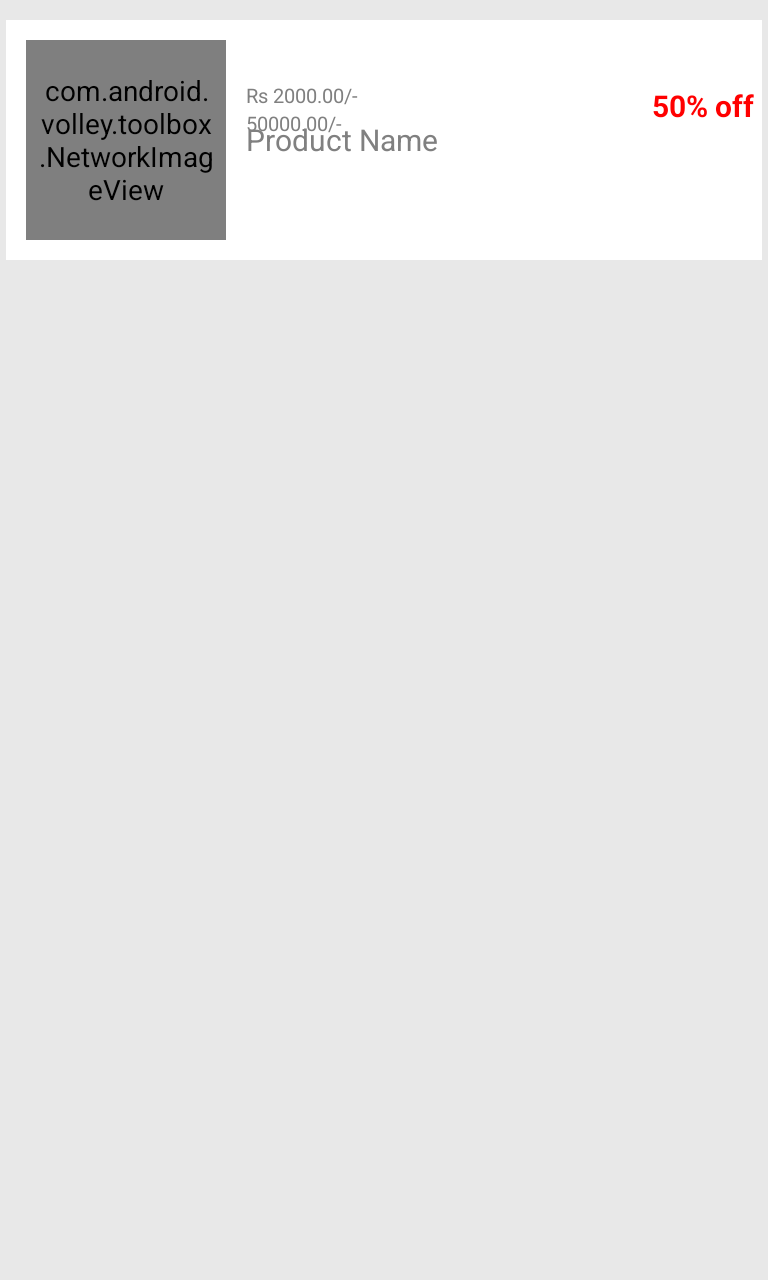
Repository: thisisdemo333/BigDiscount
Layout: BigDiscounts/res/layout/view_lv_search_list.xml
These files come from the project's save history. The layout is drawn as it stood at one moment and after the next save; the edit follows.
Pictures or frames that could not be fetched are drawn as grey boxes. It is drawn on a 768 x 1280 px phone screen (xhdpi) without system bars, with theme AppTheme; the app's code is not run.

Above is the layout before, as saved 2015-05-10 16:16:55.

### BigDiscounts/res/layout/view_lv_search_list.xml
<?xml version="1.0" encoding="utf-8"?>
<LinearLayout xmlns:android="http://schemas.android.com/apk/res/android"
    android:layout_width="match_parent"
    android:layout_height="wrap_content"
    android:background="@color/gray_light"
    android:orientation="vertical" >

    <RelativeLayout
        android:id="@+id/relativeLayout"
        android:layout_width="match_parent"
        android:layout_height="wrap_content"
        android:layout_marginBottom="@dimen/margin_3dp"
        android:layout_marginLeft="@dimen/margin_3dp"
        android:layout_marginRight="@dimen/margin_3dp"
        android:layout_marginTop="@dimen/margin_10dp"
        android:background="@color/white" >

        <RelativeLayout
            android:id="@+id/image_loader"
            android:layout_width="wrap_content"
            android:layout_height="wrap_content" >

            <ProgressBar
                android:layout_width="wrap_content"
                android:layout_height="wrap_content"
                android:layout_centerInParent="true" />

            <com.android.volley.toolbox.NetworkImageView
                android:id="@+id/iv_product_image"
                android:layout_width="@dimen/dimen_search_item_image"
                android:layout_height="@dimen/dimen_search_item_image"
                android:layout_margin="@dimen/margin_10dp"
                android:layout_marginLeft="@dimen/margin_10dp"
                android:focusable="false"
                android:focusableInTouchMode="false"
                android:padding="@dimen/margin_5dp"
                android:scaleType="fitXY" />
        </RelativeLayout>

        <TextView
            android:id="@+id/tv_product_name"
            android:layout_width="wrap_content"
            android:layout_height="wrap_content"
            android:layout_marginTop="@dimen/margin_10dp"
            android:layout_centerVertical="true"
            android:layout_toRightOf="@+id/image_loader"
            android:text="Product Name"
            android:textColor="@color/gray"
            android:textSize="@dimen/medium_text_size" />

        <TextView
            android:id="@+id/tv_product_selling_prise"
            android:layout_width="wrap_content"
            android:layout_height="wrap_content"
            android:layout_below="@+id/tv_product_name"
            android:layout_toRightOf="@+id/image_loader"
            android:text="Rs 2000.00/-"
            android:textColor="@color/gray"
            android:textSize="@dimen/small_text_size" />

        <TextView
            android:id="@+id/tv_product_mrp"
            android:layout_width="wrap_content"
            android:layout_height="wrap_content"
            android:layout_below="@+id/tv_product_selling_prise"
            android:layout_toRightOf="@+id/image_loader"
            android:text="50000.00/-"
            android:textColor="@color/gray"
            android:textSize="@dimen/small_text_size" />

        <TextView
            android:id="@+id/tv_product_offer"
            android:layout_width="wrap_content"
            android:layout_height="wrap_content"
            android:layout_alignParentRight="true"
            android:layout_below="@+id/tv_product_name"
            android:layout_marginRight="@dimen/margin_2dp"
            android:layout_toRightOf="@+id/tv_product_selling_prise"
            android:gravity="right"
            android:padding="@dimen/padding_2dp"
            android:text="50% off"
            android:textColor="@color/red"
            android:textSize="@dimen/medium_text_size"
            android:textStyle="bold" />
    </RelativeLayout>

</LinearLayout>

### BigDiscounts/res/values/styles.xml
<resources xmlns:android="http://schemas.android.com/apk/res/android">

    <!--
        Base application theme, dependent on API level. This theme is replaced
        by AppBaseTheme from res/values-vXX/styles.xml on newer devices.


    -->
    <style name="AppBaseTheme" parent="android:Theme.Light">
        <!--
            Theme customizations available in newer API levels can go in
            res/values-vXX/styles.xml, while customizations related to
            backward-compatibility can go here.


        -->
    </style>

    <!-- Application theme. -->
    <style name="AppTheme" parent="AppBaseTheme">

        <!-- All customizations that are NOT specific to a particular API-level can go here. -->
        <item name="android:actionBarStyle">@style/MyActionBar</item>
    </style>

    <!-- Action bar theme. -->
    <style name="MyActionBar" parent="@android:style/Widget.Holo.Light.ActionBar">
        <item name="android:background">@color/RoyalBlue</item>
        <item name="android:titleTextStyle">@style/AppTitle</item>
    </style>

    <!-- App title theme -->
    <style name="AppTitle" parent="@android:style/TextAppearance.Holo.Widget.ActionBar.Title">
        <item name="android:textColor">@color/white</item>
    </style>

</resources>

### BigDiscounts/res/values-hdpi/dimens.xml
<?xml version="1.0" encoding="utf-8"?>
<resources>

    <!-- Text Size -->
    <dimen name="very_small_text_size">8sp</dimen>
    <dimen name="sub_small_text_size">9sp</dimen>
    <dimen name="small_text_size">10sp</dimen>
    <dimen name="medium_text_size">15sp</dimen>
    <dimen name="large_text_size">25sp</dimen>
    <dimen name="very_large_text_size">35sp</dimen>

    <!-- padding -->
    <dimen name="padding_1dp">1dp</dimen>
    <dimen name="padding_2dp">2dp</dimen>
    <dimen name="padding_3dp">3dp</dimen>
    <dimen name="padding_4dp">4dp</dimen>
    <dimen name="padding_5dp">5dp</dimen>
    <dimen name="padding_6dp">6dp</dimen>
    <dimen name="padding_7dp">7dp</dimen>
    <dimen name="padding_8dp">8dp</dimen>
    <dimen name="padding_9dp">9dp</dimen>
    <dimen name="padding_10dp">10dp</dimen>
    <dimen name="padding_15dp">15dp</dimen>
    <dimen name="padding_20dp">20dp</dimen>
    <dimen name="padding_25dp">25dp</dimen>
    <dimen name="padding_30dp">30dp</dimen>
    <dimen name="padding_40dp">40dp</dimen>

    <!-- Margin -->
    <dimen name="margin_1dp">1dp</dimen>
    <dimen name="margin_2dp">2dp</dimen>
    <dimen name="margin_3dp">3dp</dimen>
    <dimen name="margin_4dp">4dp</dimen>
    <dimen name="margin_5dp">5dp</dimen>
    <dimen name="margin_6dp">6dp</dimen>
    <dimen name="margin_7dp">7dp</dimen>
    <dimen name="margin_8dp">8dp</dimen>
    <dimen name="margin_9dp">9dp</dimen>
    <dimen name="margin_10dp">10dp</dimen>
    <dimen name="margin_15dp">15dp</dimen>
    <dimen name="margin_20dp">20dp</dimen>
    <dimen name="margin_25dp">25dp</dimen>
    <dimen name="margin_30dp">30dp</dimen>

    <!-- Imageview Category Dimen -->
    <dimen name="imv_category_dimen">40dp</dimen>

    <!-- Category Fragment dimen -->
    <dimen name="dimen_hotdeals_listview">165dp</dimen>
    <dimen name="dimen_view_pager">165dp</dimen>
    <dimen name="dimen_hot_deals_image">165dp</dimen>
    <dimen name="dimen_product_image">165dp</dimen>

    <!-- Search Item Image dimen -->
    <dimen name="dimen_search_item_image">100dp</dimen>

    <!-- Advertise Screen Dimen -->
    <dimen name="dimen_advetise_viewpager">200dp</dimen>
    <dimen name="dimen_advertise_horizontal_listview">100dp</dimen>
    <dimen name="dimen_advertise_call_image">40dp</dimen>
    <dimen name="dimen_advertise_sms_image">40dp</dimen>
    <dimen name="dimen_advertise_pager_addres">100dp</dimen>

</resources>

### BigDiscounts/res/values-mdpi/dimens.xml
<?xml version="1.0" encoding="utf-8"?>
<resources>

    <!-- Text Size -->
    <dimen name="very_small_text_size">8sp</dimen>
    <dimen name="sub_small_text_size">9sp</dimen>
    <dimen name="small_text_size">10sp</dimen>
    <dimen name="medium_text_size">15sp</dimen>
    <dimen name="large_text_size">25sp</dimen>
    <dimen name="very_large_text_size">35sp</dimen>

    <!-- padding -->
    <dimen name="padding_1dp">1dp</dimen>
    <dimen name="padding_2dp">2dp</dimen>
    <dimen name="padding_3dp">3dp</dimen>
    <dimen name="padding_4dp">4dp</dimen>
    <dimen name="padding_5dp">5dp</dimen>
    <dimen name="padding_6dp">6dp</dimen>
    <dimen name="padding_7dp">7dp</dimen>
    <dimen name="padding_8dp">8dp</dimen>
    <dimen name="padding_9dp">9dp</dimen>
    <dimen name="padding_10dp">10dp</dimen>
    <dimen name="padding_15dp">15dp</dimen>
    <dimen name="padding_20dp">20dp</dimen>
    <dimen name="padding_25dp">25dp</dimen>
    <dimen name="padding_30dp">30dp</dimen>
    <dimen name="padding_40dp">40dp</dimen>

    <!-- Margin -->
    <dimen name="margin_1dp">1dp</dimen>
    <dimen name="margin_2dp">2dp</dimen>
    <dimen name="margin_3dp">3dp</dimen>
    <dimen name="margin_4dp">4dp</dimen>
    <dimen name="margin_5dp">5dp</dimen>
    <dimen name="margin_6dp">6dp</dimen>
    <dimen name="margin_7dp">7dp</dimen>
    <dimen name="margin_8dp">8dp</dimen>
    <dimen name="margin_9dp">9dp</dimen>
    <dimen name="margin_10dp">10dp</dimen>
    <dimen name="margin_15dp">15dp</dimen>
    <dimen name="margin_20dp">20dp</dimen>
    <dimen name="margin_25dp">25dp</dimen>
    <dimen name="margin_30dp">30dp</dimen>

    <!-- Imageview Category Dimen -->
    <dimen name="imv_category_dimen">35dp</dimen>

    <!-- Category Fragment dimen -->
    <dimen name="dimen_hotdeals_listview">150dp</dimen>
    <dimen name="dimen_view_pager">150dp</dimen>
    <dimen name="dimen_hot_deals_image">150dp</dimen>
    <dimen name="dimen_product_image">150dp</dimen>

    <!-- Search Item Image dimen -->
    <dimen name="dimen_search_item_image">100dp</dimen>

    <!-- Advertise Screen Dimen -->
    <dimen name="dimen_advetise_viewpager">200dp</dimen>
    <dimen name="dimen_advertise_horizontal_listview">100dp</dimen>
    <dimen name="dimen_advertise_call_image">40dp</dimen>
    <dimen name="dimen_advertise_sms_image">40dp</dimen>
    <dimen name="dimen_advertise_pager_addres">100dp</dimen>

</resources>

### BigDiscounts/res/values-xhdpi/dimens.xml
<?xml version="1.0" encoding="utf-8"?>
<resources>

    <!-- Text Size -->
    <dimen name="very_small_text_size">8sp</dimen>
    <dimen name="sub_small_text_size">9sp</dimen>
    <dimen name="small_text_size">10sp</dimen>
    <dimen name="medium_text_size">15sp</dimen>
    <dimen name="large_text_size">25sp</dimen>
    <dimen name="very_large_text_size">35sp</dimen>

    <!-- padding -->
    <dimen name="padding_1dp">1dp</dimen>
    <dimen name="padding_2dp">2dp</dimen>
    <dimen name="padding_3dp">3dp</dimen>
    <dimen name="padding_4dp">4dp</dimen>
    <dimen name="padding_5dp">5dp</dimen>
    <dimen name="padding_6dp">6dp</dimen>
    <dimen name="padding_7dp">7dp</dimen>
    <dimen name="padding_8dp">8dp</dimen>
    <dimen name="padding_9dp">9dp</dimen>
    <dimen name="padding_10dp">10dp</dimen>
    <dimen name="padding_15dp">15dp</dimen>
    <dimen name="padding_20dp">20dp</dimen>
    <dimen name="padding_25dp">25dp</dimen>
    <dimen name="padding_30dp">30dp</dimen>
    <dimen name="padding_40dp">40dp</dimen>

    <!-- Margin -->
    <dimen name="margin_1dp">1dp</dimen>
    <dimen name="margin_2dp">2dp</dimen>
    <dimen name="margin_3dp">3dp</dimen>
    <dimen name="margin_4dp">4dp</dimen>
    <dimen name="margin_5dp">5dp</dimen>
    <dimen name="margin_6dp">6dp</dimen>
    <dimen name="margin_7dp">7dp</dimen>
    <dimen name="margin_8dp">8dp</dimen>
    <dimen name="margin_9dp">9dp</dimen>
    <dimen name="margin_10dp">10dp</dimen>
    <dimen name="margin_15dp">15dp</dimen>
    <dimen name="margin_20dp">20dp</dimen>
    <dimen name="margin_25dp">25dp</dimen>
    <dimen name="margin_30dp">30dp</dimen>

    <!-- Imageview Category Dimen -->
    <dimen name="imv_category_dimen">45dp</dimen>

    <!-- Category Fragment dimen -->
    <dimen name="dimen_hotdeals_listview">165dp</dimen>
    <dimen name="dimen_view_pager">165dp</dimen>
    <dimen name="dimen_hot_deals_image">165dp</dimen>
    <dimen name="dimen_product_image">165dp</dimen>


    <!-- Search Item Image dimen -->
    <dimen name="dimen_search_item_image">100dp</dimen>

    <!-- Advertise Screen Dimen -->
    <dimen name="dimen_advetise_viewpager">200dp</dimen>
    <dimen name="dimen_advertise_horizontal_listview">100dp</dimen>
    <dimen name="dimen_advertise_call_image">40dp</dimen>
    <dimen name="dimen_advertise_sms_image">40dp</dimen>
    <dimen name="dimen_advertise_pager_addres">100dp</dimen>

</resources>

Loaded but not shown: BigDiscounts/res/values-v11/styles.xml (common file); BigDiscounts/res/values-v14/styles.xml (common file); BigDiscounts/res/values/colors.xml (184 lines, source omitted)

After the next save:
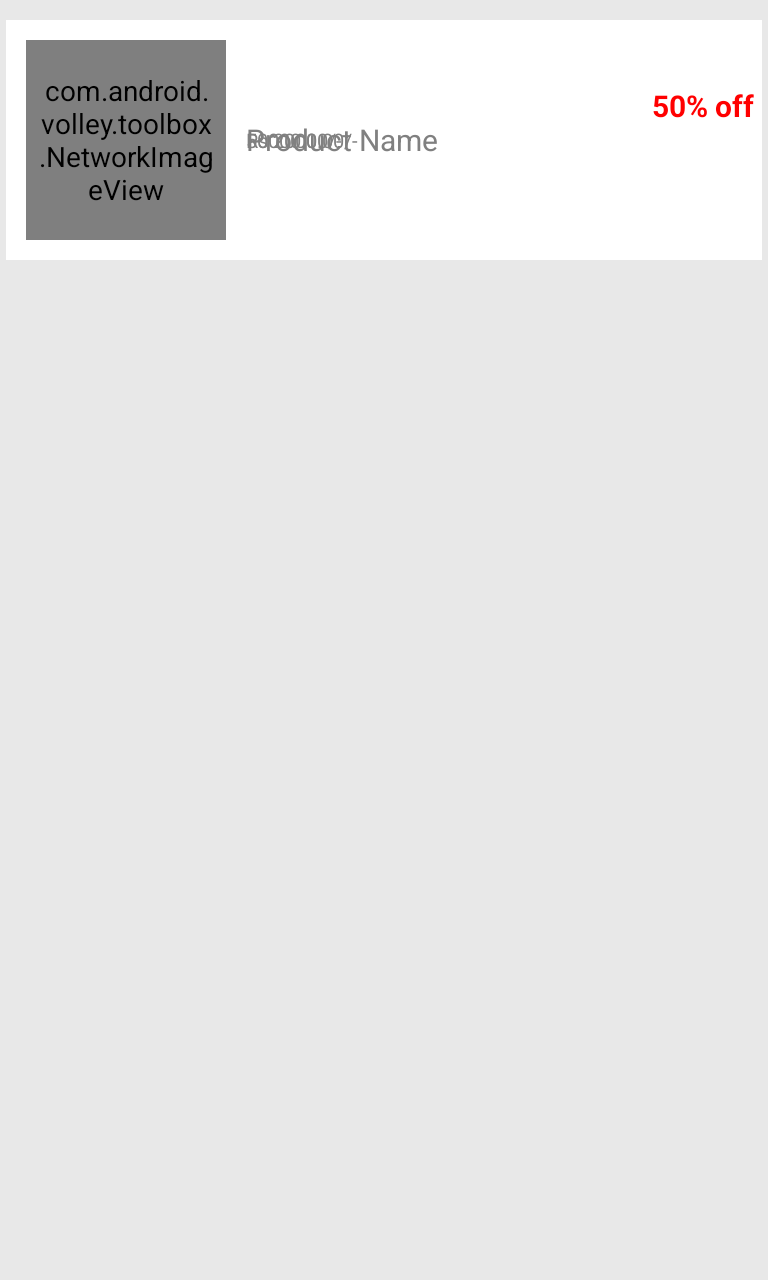
Saved 12 s later.
--- a/BigDiscounts/res/layout/view_lv_search_list.xml
+++ b/BigDiscounts/res/layout/view_lv_search_list.xml
@@ -41,8 +41,8 @@
             android:id="@+id/tv_product_name"
             android:layout_width="wrap_content"
             android:layout_height="wrap_content"
+            android:layout_centerVertical="true"
             android:layout_marginTop="@dimen/margin_10dp"
-            android:layout_centerVertical="true"
             android:layout_toRightOf="@+id/image_loader"
             android:text="Product Name"
             android:textColor="@color/gray"
@@ -53,6 +53,7 @@
             android:layout_width="wrap_content"
             android:layout_height="wrap_content"
             android:layout_below="@+id/tv_product_name"
+            android:layout_centerVertical="true"
             android:layout_toRightOf="@+id/image_loader"
             android:text="Rs 2000.00/-"
             android:textColor="@color/gray"
@@ -63,6 +64,7 @@
             android:layout_width="wrap_content"
             android:layout_height="wrap_content"
             android:layout_below="@+id/tv_product_selling_prise"
+            android:layout_centerVertical="true"
             android:layout_toRightOf="@+id/image_loader"
             android:text="50000.00/-"
             android:textColor="@color/gray"

After the save that followed:
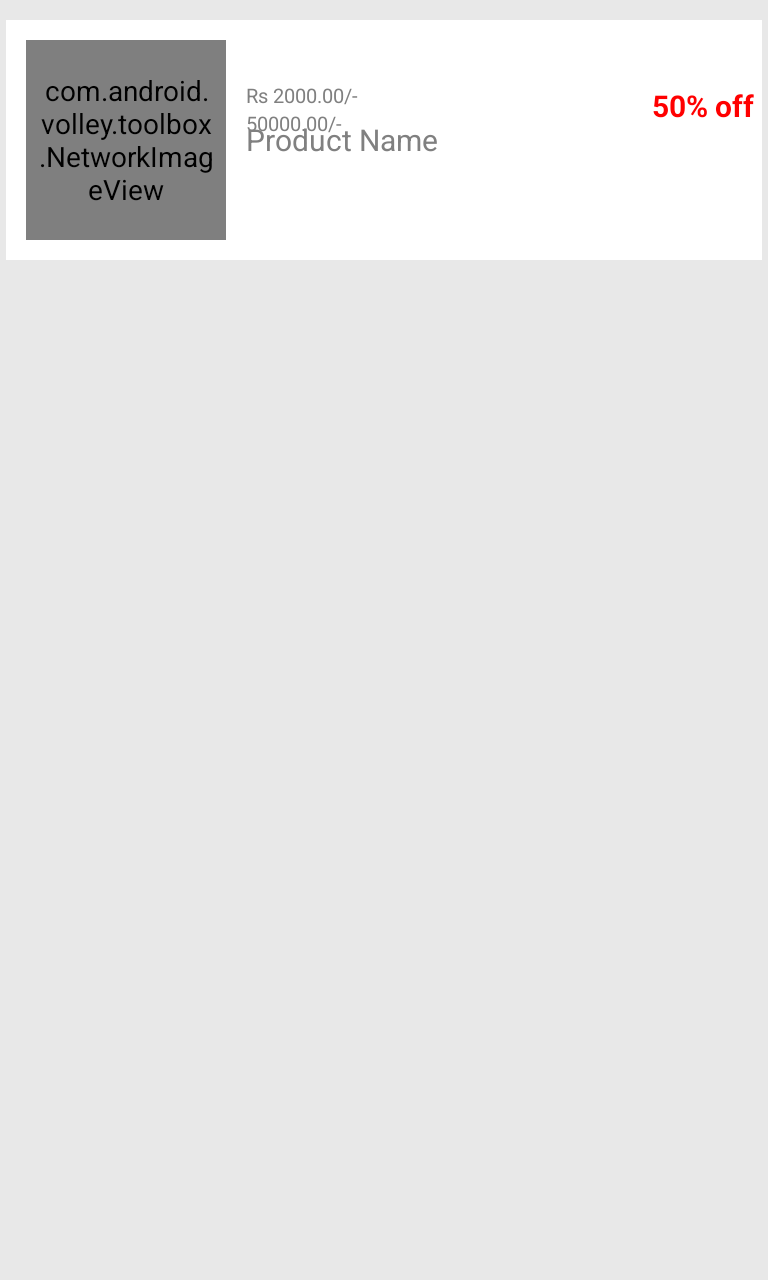
Saved 2 min 9 s later.
--- a/BigDiscounts/res/layout/view_lv_search_list.xml
+++ b/BigDiscounts/res/layout/view_lv_search_list.xml
@@ -53,7 +53,6 @@
             android:layout_width="wrap_content"
             android:layout_height="wrap_content"
             android:layout_below="@+id/tv_product_name"
-            android:layout_centerVertical="true"
             android:layout_toRightOf="@+id/image_loader"
             android:text="Rs 2000.00/-"
             android:textColor="@color/gray"
@@ -64,7 +63,6 @@
             android:layout_width="wrap_content"
             android:layout_height="wrap_content"
             android:layout_below="@+id/tv_product_selling_prise"
-            android:layout_centerVertical="true"
             android:layout_toRightOf="@+id/image_loader"
             android:text="50000.00/-"
             android:textColor="@color/gray"
@@ -77,7 +75,7 @@
             android:layout_alignParentRight="true"
             android:layout_below="@+id/tv_product_name"
             android:layout_marginRight="@dimen/margin_2dp"
-            android:layout_toRightOf="@+id/tv_product_selling_prise"
+
             android:gravity="right"
             android:padding="@dimen/padding_2dp"
             android:text="50% off"
